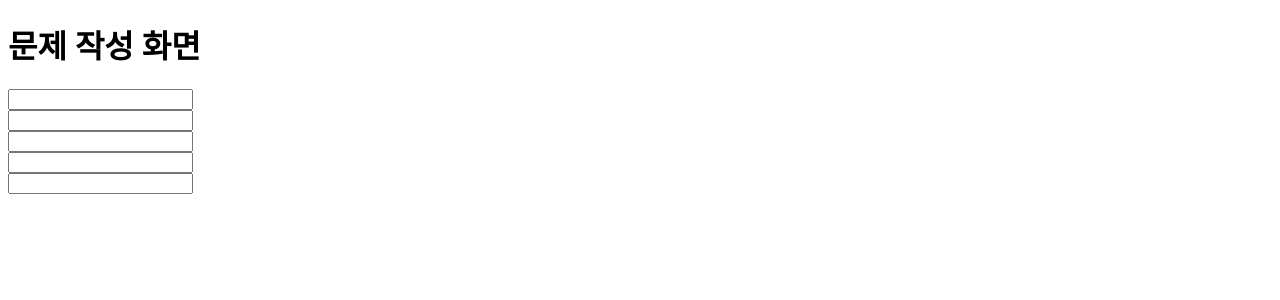
Repository: ryuhm48/Opensource-Project05
Page: http://localhost/Problems/Problems/ProblemWrite.jsp
These files come from the project's save history. The page is drawn as it stood at one moment and after the next save; the edit follows.
The browser window is 1280 px wide. The pictures show the whole page.
The page is served by Tomcat 9. Other server files are loaded and not shown.

Above is the page before, as saved 2019-06-02 01:16:00.

### 문제 풀이 제출 추가/Problems/WebContent/Problems/ProblemWrite.jsp
<%@ page language="java" contentType="text/html; charset=UTF-8"
pageEncoding="UTF-8"%>

<!DOCTYPE html PUBLIC "-//W3C//DTD HTML 4.01Transitional//EN" "http://www.w3.org/TR/html4/loose.dtd">
<html>
<head>
<meta http-equiv="Content-Type" content = text/html; charset="UTF-8">
<title>문제 작성</title>
</head>
<body>
	<h1>문제 작성 화면</h1>

	<form action = "write.do" method = "post">
		<input type = "text" name = "studyNum"><br/>
		<input type = "text" name = "problemNum2"><br/>
		<input type = "text" name = "problemName"><br/>
		<input type = "text" name = "problemLanguage"><br/>
		<input type = "text" name = "writerName"><br/>
	</form>
</body>
</html>

After the next save:
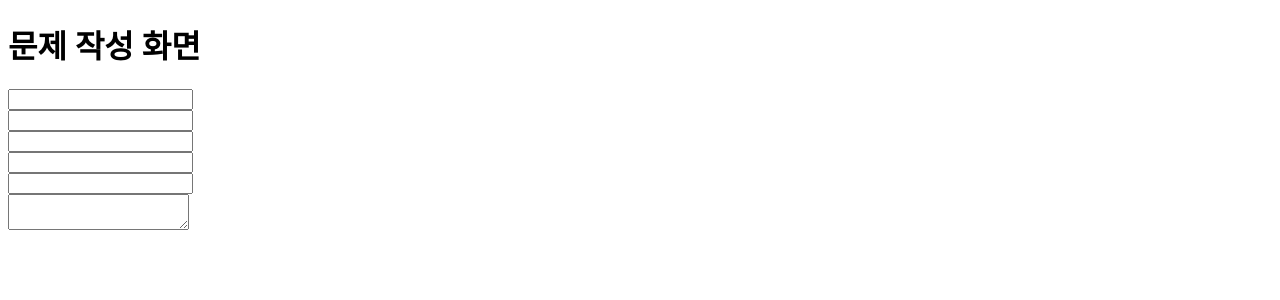
Saved 5 min 41 s later.
--- a/문제 풀이 제출 추가/Problems/WebContent/Problems/ProblemWrite.jsp
+++ b/문제 풀이 제출 추가/Problems/WebContent/Problems/ProblemWrite.jsp
@@ -16,6 +16,7 @@
 		<input type = "text" name = "problemName"><br/>
 		<input type = "text" name = "problemLanguage"><br/>
 		<input type = "text" name = "writerName"><br/>
+		<textarea name = "problemContent" rows="" cols=""></textarea>
 	</form>
 </body>
 </html>
